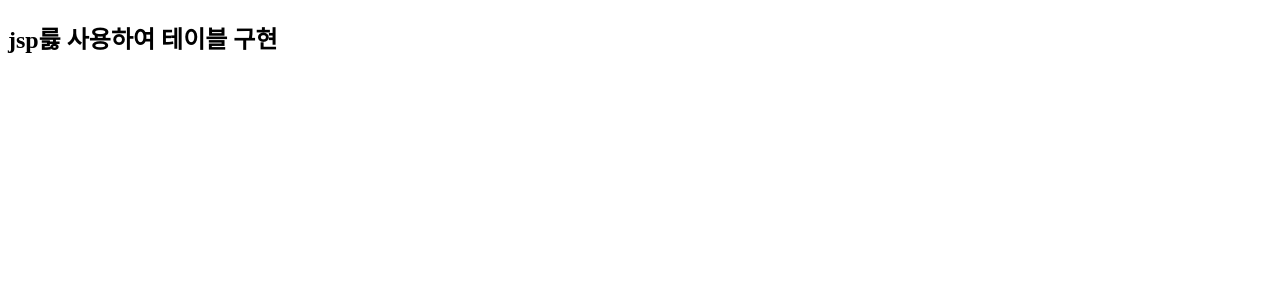
Repository: sieoh/2024html-
Page: http://localhost/jspweb_07/forstat_ex.jsp
An editor plug-in stored every save of this project. The page is shown before and after the next save, followed by the edit.
The browser window is 1280 px wide. The pictures show the whole page.
The page is served by Tomcat 9. Other server files are loaded and not shown.

Above is the page before, as saved 2024-01-11 00:38:46.

### workspace_sts/jspweb_07/src/main/webapp/forstat_ex.jsp
<%@ page language="java" contentType="text/html; charset=UTF-8"
    pageEncoding="UTF-8"%>
<%@ page import="java.util.*" %>
<!DOCTYPE html>
<html>
<head>
<meta charset="UTF-8">
<title>Insert title here</title>
</head>
<body>
	<h2>jsp릃 사용하여 테이블 구현</h2>
	<%
		// 이름을 저장하는 배열
		ArrayList name=new ArrayList();

	%>
</body>
</html>

After the next save:
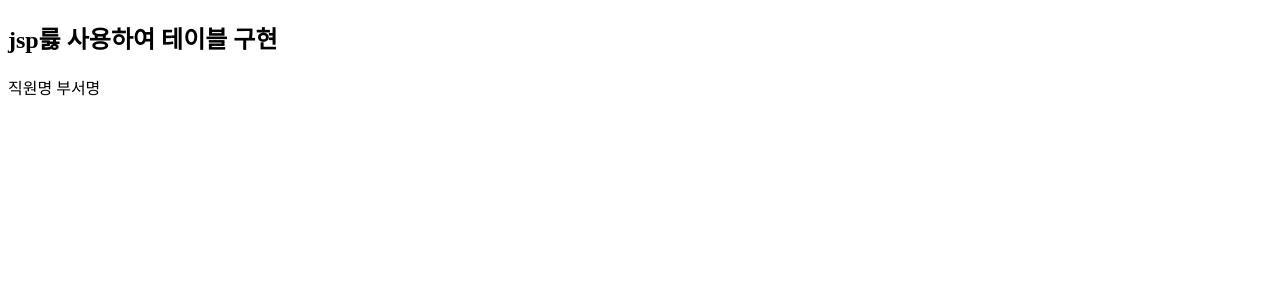
Saved 4 min 22 s later.
--- a/workspace_sts/jspweb_07/src/main/webapp/forstat_ex.jsp
+++ b/workspace_sts/jspweb_07/src/main/webapp/forstat_ex.jsp
@@ -12,7 +12,19 @@
 	<%
 		// 이름을 저장하는 배열
 		ArrayList name=new ArrayList();
+		name.add("김상완");
+		name.add("배승재");
+		name.add("송지우");
+		ArrayList departName=new ArrayList();
+		departName.add("기획팀");
+		departName.add("개발탐");
+		departName.add("보안팀");
 
+		out.println("<tabele border='1'>");
+			out.println("<tr>");
+			out.println("<th>직원명</th>");
+			out.println("<tr>부서명</th>");
+		out.println("<tabele>");
 	%>
 </body>
 </html>
